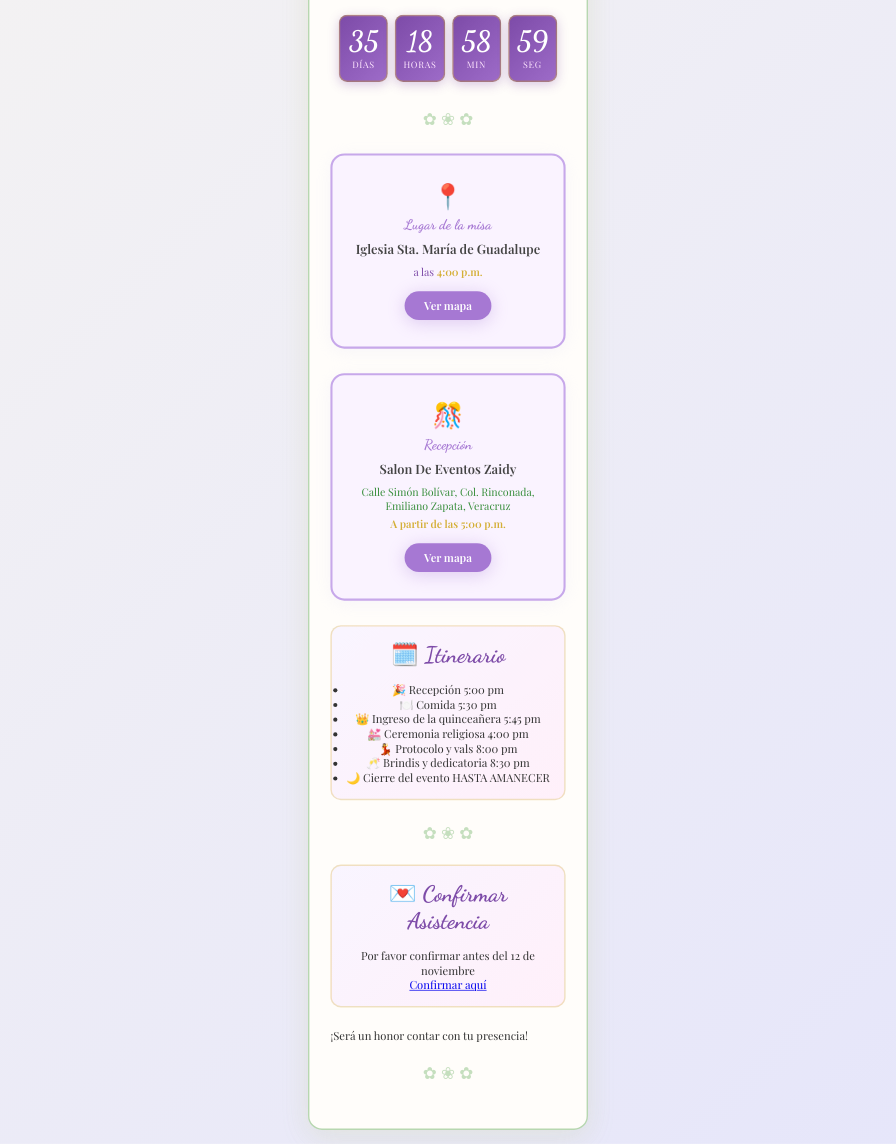
Repository: Jurgt2/InvitacionXvCamila
Page: index.html
The author's editor kept a copy of each file at every save. The page is drawn from the files as they stood at one save, then again after the next save.
The browser window is 1280 px wide. The pictures show the part of the page from y = 1113 to 3033 px (the page is 2747 px tall before and 3033 px after), at 70% of full size.
Some web fonts or font styles are not loaded; a fallback is used.

Above is the page before, as saved 2025-11-14 21:40:57.
Console error: TypeError: Cannot read properties of null (reading 'href')

After the next save:
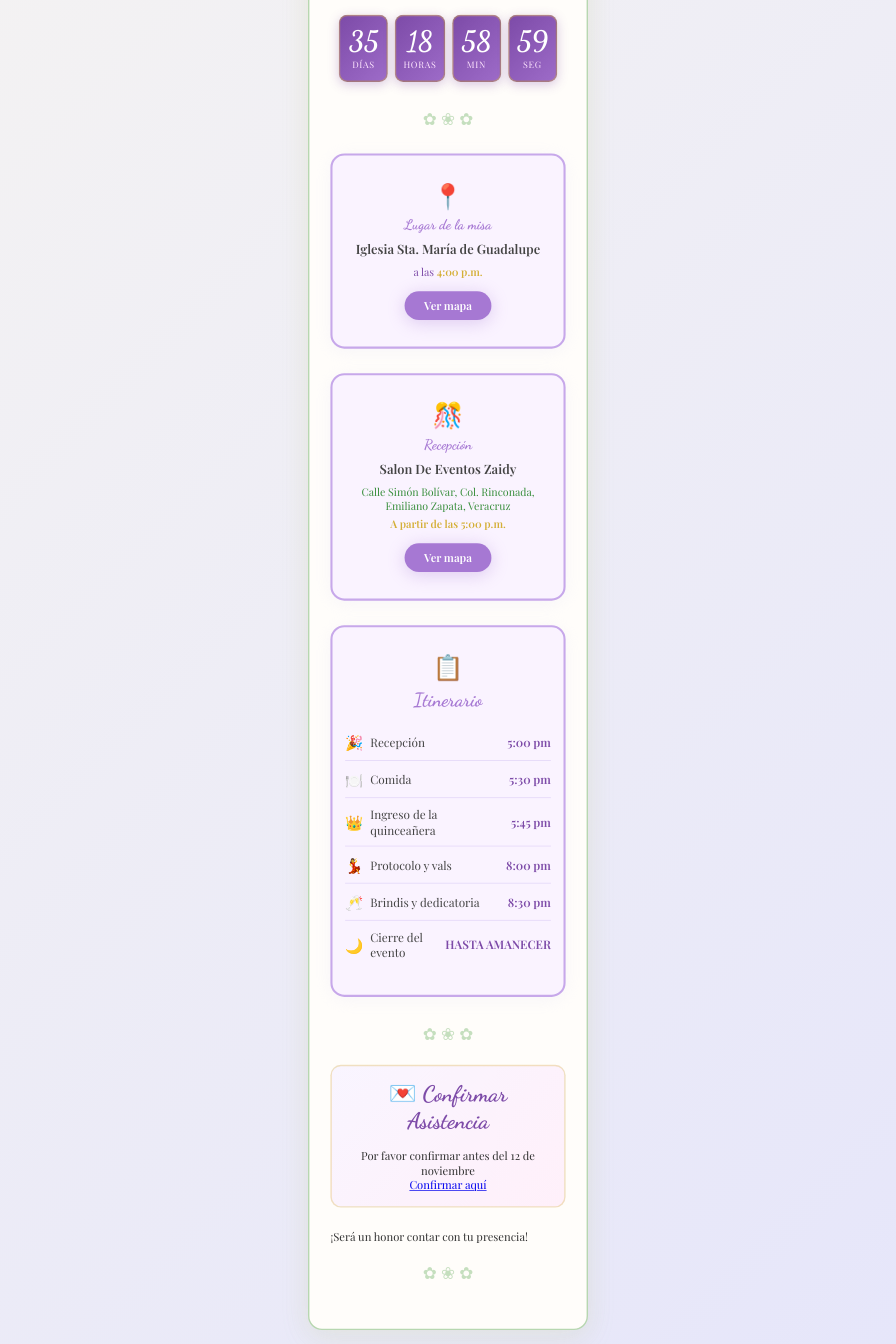
Saved 105 s later.
--- a/index.html
+++ b/index.html
@@ -114,45 +114,41 @@
             <a href="https://maps.app.goo.gl/BLjvQERLtKDqoa328" target="_blank" rel="noopener noreferrer" style="display:inline-block; background:#a678d3; color:#fff; font-family:'Playfair Display',serif; font-size:1rem; font-weight:600; border-radius:32px; padding:10px 28px; text-decoration:none; box-shadow:0 4px 24px #a678d355; transition:background 0.2s;">Ver mapa</a>
         </div>
         <!-- 8. Sección ITINERARIO -->
-        <div class="music-section">
-            <h2 class="section-title">🗓️ Itinerario</h2>
-            <ul class="itinerary-list">
-                <li class="itinerary-item">
-                    <span class="itinerary-icon">🎉</span>
-                    <span class="itinerary-text">Recepción</span>
-                    <span class="itinerary-time">5:00 pm</span>
-                </li>
-                <li class="itinerary-item">
-                    <span class="itinerary-icon">🍽️</span>
-                    <span class="itinerary-text">Comida</span>
-                    <span class="itinerary-time">5:30 pm</span>
-                </li>
-                <li class="itinerary-item">
-                    <span class="itinerary-icon">👑</span>
-                    <span class="itinerary-text">Ingreso de la quinceañera</span>
-                    <span class="itinerary-time">5:45 pm</span>
-                </li>
-                <li class="itinerary-item">
-                    <span class="itinerary-icon">💒</span>
-                    <span class="itinerary-text">Ceremonia religiosa</span>
-                    <span class="itinerary-time">4:00 pm</span>
-                </li>
-                <li class="itinerary-item">
-                    <span class="itinerary-icon">💃</span>
-                    <span class="itinerary-text">Protocolo y vals</span>
-                    <span class="itinerary-time">8:00 pm</span>
-                </li>
-                <li class="itinerary-item">
-                    <span class="itinerary-icon">🥂</span>
-                    <span class="itinerary-text">Brindis y dedicatoria</span>
-                    <span class="itinerary-time">8:30 pm</span>
-                </li>
-                <li class="itinerary-item">
-                    <span class="itinerary-icon">🌙</span>
-                    <span class="itinerary-text">Cierre del evento</span>
-                    <span class="itinerary-time">HASTA AMANECER</span>
-                </li>
-            </ul>
+        <div class="cuadro-itinerario" style="background: #faf3ff; border: 3px solid #c7a8ea; border-radius: 20px; padding: 32px 18px 38px 18px; margin: 35px 0; text-align: center; box-shadow: 0 4px 24px #e6e6fa55;">
+            <div style="font-size:2.2rem; margin-bottom: 8px;">📋</div>
+            <div style="font-family: 'Dancing Script', cursive; font-size:1.7rem; color:#a678d3; margin-bottom: 18px; font-weight: 700;">Itinerario</div>
+            <div style="width:100%; max-width:420px; margin:0 auto;">
+                <div style="display:flex; align-items:center; justify-content:space-between; padding:12px 0 12px 0; border-bottom:1px solid #e0d3f7;">
+                    <span style="font-size:1.3rem; margin-right:10px;">🎉</span>
+                    <span style="flex:1; text-align:left; font-family:'Playfair Display',serif; font-size:1.05rem; color:#444;">Recepción</span>
+                    <span style="font-family:'Playfair Display',serif; font-size:1.05rem; color:#7d4ba8; font-weight:600; min-width:80px; text-align:right;">5:00 pm</span>
+                </div>
+                <div style="display:flex; align-items:center; justify-content:space-between; padding:12px 0 12px 0; border-bottom:1px solid #e0d3f7;">
+                    <span style="font-size:1.3rem; margin-right:10px;">🍽️</span>
+                    <span style="flex:1; text-align:left; font-family:'Playfair Display',serif; font-size:1.05rem; color:#444;">Comida</span>
+                    <span style="font-family:'Playfair Display',serif; font-size:1.05rem; color:#7d4ba8; font-weight:600; min-width:80px; text-align:right;">5:30 pm</span>
+                </div>
+                <div style="display:flex; align-items:center; justify-content:space-between; padding:12px 0 12px 0; border-bottom:1px solid #e0d3f7;">
+                    <span style="font-size:1.3rem; margin-right:10px;">👑</span>
+                    <span style="flex:1; text-align:left; font-family:'Playfair Display',serif; font-size:1.05rem; color:#444;">Ingreso de la quinceañera</span>
+                    <span style="font-family:'Playfair Display',serif; font-size:1.05rem; color:#7d4ba8; font-weight:600; min-width:80px; text-align:right;">5:45 pm</span>
+                </div>
+                <div style="display:flex; align-items:center; justify-content:space-between; padding:12px 0 12px 0; border-bottom:1px solid #e0d3f7;">
+                    <span style="font-size:1.3rem; margin-right:10px;">💃</span>
+                    <span style="flex:1; text-align:left; font-family:'Playfair Display',serif; font-size:1.05rem; color:#444;">Protocolo y vals</span>
+                    <span style="font-family:'Playfair Display',serif; font-size:1.05rem; color:#7d4ba8; font-weight:600; min-width:80px; text-align:right;">8:00 pm</span>
+                </div>
+                <div style="display:flex; align-items:center; justify-content:space-between; padding:12px 0 12px 0; border-bottom:1px solid #e0d3f7;">
+                    <span style="font-size:1.3rem; margin-right:10px;">🥂</span>
+                    <span style="flex:1; text-align:left; font-family:'Playfair Display',serif; font-size:1.05rem; color:#444;">Brindis y dedicatoria</span>
+                    <span style="font-family:'Playfair Display',serif; font-size:1.05rem; color:#7d4ba8; font-weight:600; min-width:80px; text-align:right;">8:30 pm</span>
+                </div>
+                <div style="display:flex; align-items:center; justify-content:space-between; padding:12px 0 12px 0;">
+                    <span style="font-size:1.3rem; margin-right:10px;">🌙</span>
+                    <span style="flex:1; text-align:left; font-family:'Playfair Display',serif; font-size:1.05rem; color:#444;">Cierre del evento</span>
+                    <span style="font-family:'Playfair Display',serif; font-size:1.05rem; color:#7d4ba8; font-weight:600; min-width:80px; text-align:right;">HASTA AMANECER</span>
+                </div>
+            </div>
         </div>
 
         <!-- Decoración floral -->
